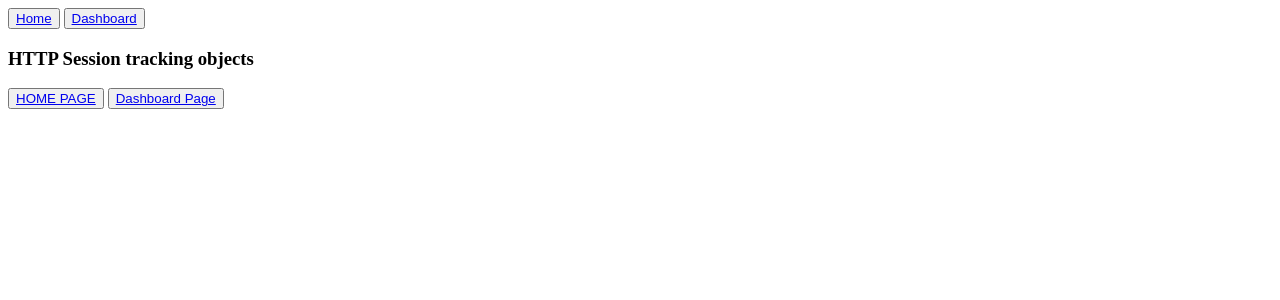
Repository: harshithkandula/Myfirstpractice
Page: SessionTrackingDemo/src/main/webapp/index.html
These files come from the project's save history. The page is drawn as it stood at one moment and after the next save; the edit follows.
The browser window is 1280 px wide. The pictures show the whole page.

Above is the page before, as saved 2024-02-10 14:33:01.

After the next save:
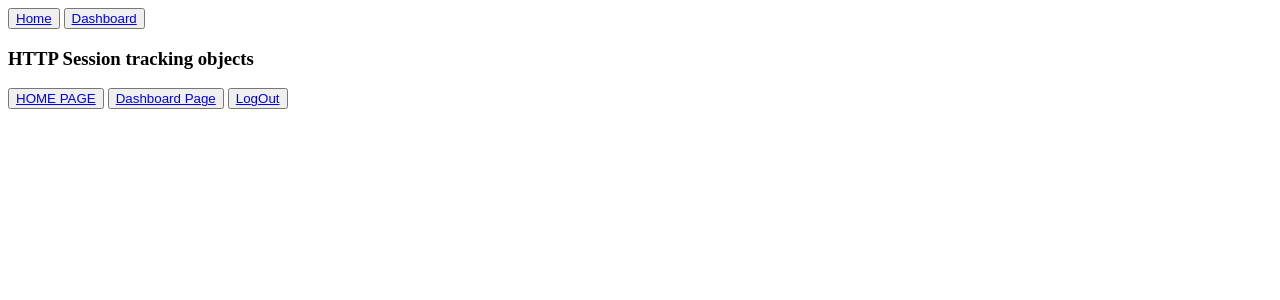
Saved 4 min 41 s later.
--- a/SessionTrackingDemo/src/main/webapp/index.html
+++ b/SessionTrackingDemo/src/main/webapp/index.html
@@ -22,5 +22,9 @@
       <button>
          <a href="DASHBOARD">Dashboard Page</a>
       </button>
+
+      <button>
+           <a href="logout">LogOut</a>
+      </button>
 </body>
 </html>
